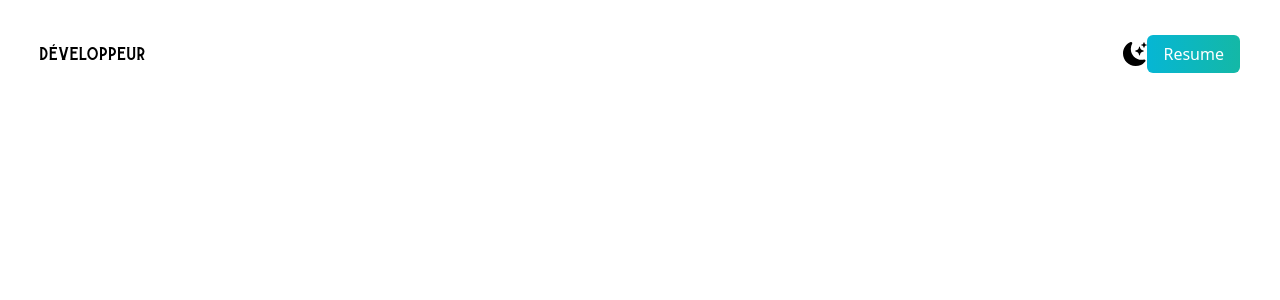
Repository: Jean-MarcG/portfoli_next
Page: /
The author's editor kept a copy of each file at every save. The page is drawn from the files as they stood at one save, then again after the next save.
The browser window is 1280 px wide. The pictures show the whole page.
The project was rebuilt for these pictures with package versions that can differ from the ones it lists, and the page was loaded fresh each time. The framework's server and built-in components were replaced by stand-ins that run in the browser. Also part of the build but not shown: next.config.js.

Above is the page before, as saved 2023-04-01 17:19:40.

After the next save:
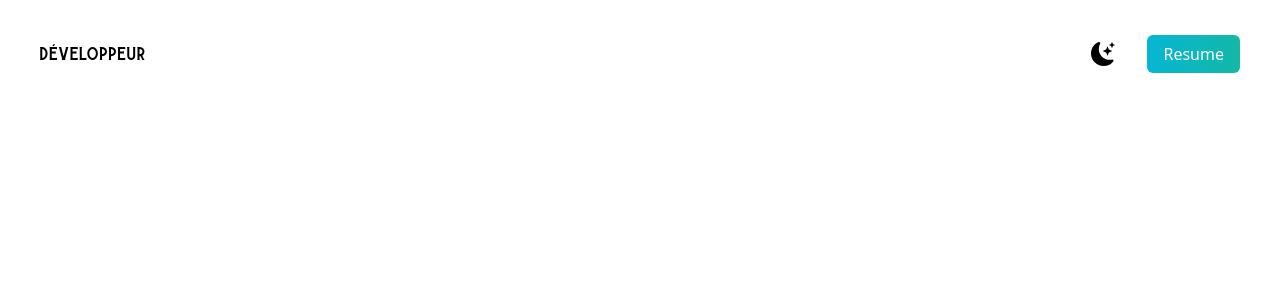
Saved 6 s later.
--- a/pages/index.js
+++ b/pages/index.js
@@ -19,7 +19,7 @@
                 <BsFillMoonStarsFill className='cursor-pointer text-2xl'/>
               </li>
               <li>
-                <a className='bg-gradient-to-r from-cyan-500 to-teal-500 text-white px-4 py-2 rounded-md l-8' href='#'>Resume</a>
+                <a className='bg-gradient-to-r from-cyan-500 to-teal-500 text-white px-4 py-2 rounded-md ml-8' href='#'>Resume</a>
               </li>
             </ul>
         </nav>
